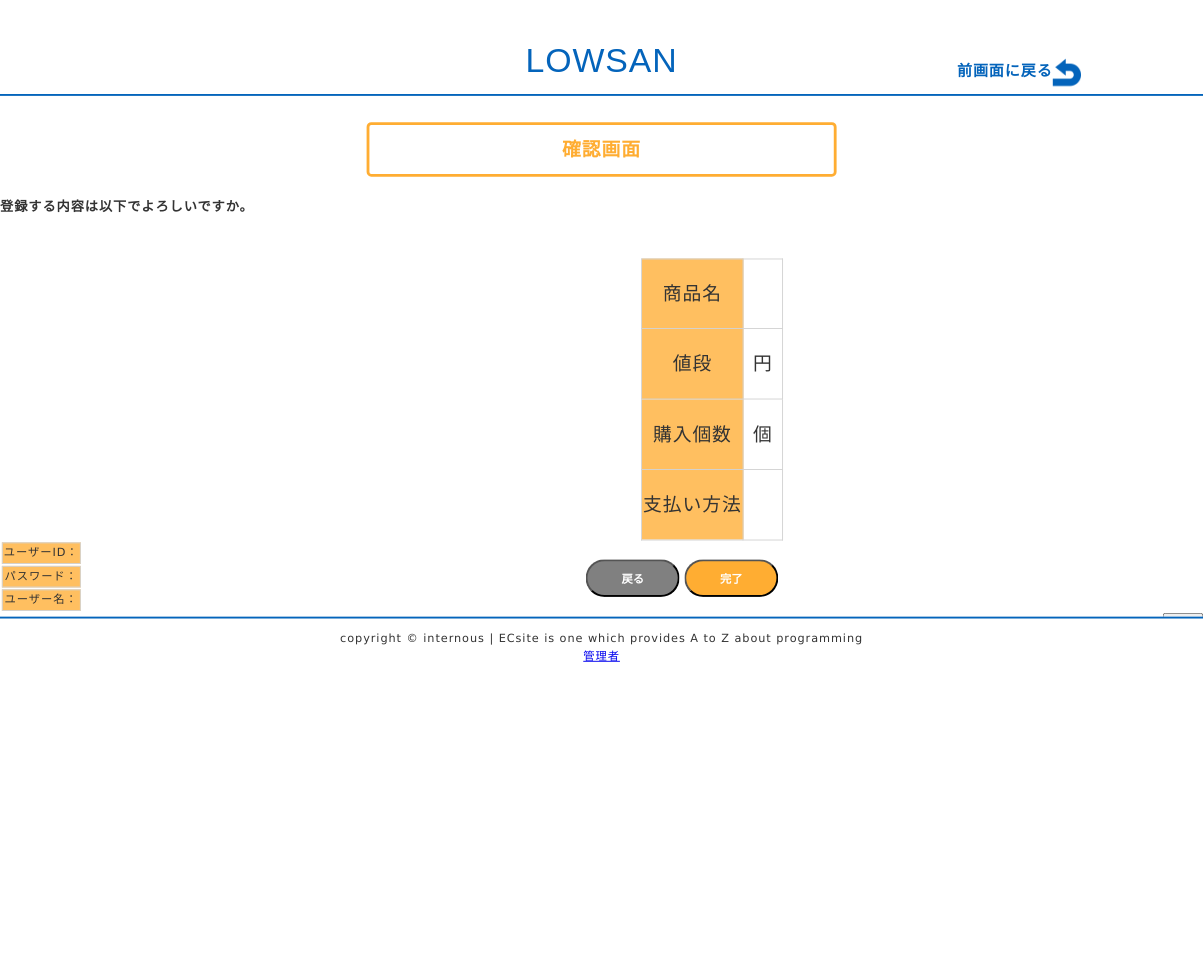
Repository: nishimura0212/myECsite
Page: http://localhost/ecsite/userCreateConfirm.jsp
An editor plug-in stored every save of this project. The page is shown before and after the next save, followed by the edit.
The browser window is 1280 px wide. The pictures show the whole page, at 94% of full size.
The page is served by Tomcat 9. Other server files are loaded and not shown.

Above is the page before, as saved 2019-01-19 09:49:50.

### ecsite/WebContent/userCreateConfirm.jsp
<%@ page language="java" contentType="text/html; charset=UTF-8"
    pageEncoding="UTF-8"%>
<%@ taglib prefix="s" uri="/struts-tags" %>
<!DOCTYPE html>
<html>
<head>
<meta http-equiv="Content-Type" content="text/html; charset=UTF-8"/>
<meta http-equiv="Content-Script-Type" content="text/javascript"/>
<meta http-equiv="imagetoolbar" content="no"/>
<meta name="description" content=""/>
<meta name="keywords" content=""/>
<title>確認画面</title>
<link rel="stylesheet" type="text/css" href="css/style.css">
</head>
<body>
	<div id="header">
		<p>LOWSAN</p>
		<div id="header-icon">
			<ul>
				<li class="icon">
					<a href="UserCreateAction">
					前画面に戻る<img src="./img/icon/back.png" width="30px" height="30px">
					</a>
				</li>
			</ul>
		</div>
	</div>
	<div id="main">
		<div id="top">
			<p>確認画面</p>
		</div>
		<div>
			<h3>登録する内容は以下でよろしいですか。</h3>
			<div class="containerB">
			<s:form cssClass="flex-container">
			<p class="left">
				<img src='<s:property value="itemImage"/>'>
			</p>
				<table class="right">
				<tr>
					<td class="td-left">商品名</td>
					<td class="td-right"><s:property value="#session.buyItem_name"/></td>
				</tr>
				<tr>
					<td class="td-left">値段</td>
					<td class="td-right"><s:property value="#session.total_price"/><span>円</span></td>
				</tr>
				<tr>
					<td class="td-left">購入個数</td>
					<td class="td-right"><s:property value="#session.count"/><span>個</span></td>
				</tr>
				<tr>
					<td class="td-left">支払い方法</td>
					<td class="td-right"><s:property value="#session.pay"/></td>
				</tr>
				</table>
				<div class="button">
					<input type="hidden" name="back" value="1"/>
					<input type="button" value="戻る" onclick="submitAction('SelectItemAction')" class="gray_btn"/>
					<input type="button" value="完了" onclick="submitAction('BuyItemConfirmAction')" class="single_btn"/>
				</div>
			</s:form>
		</div>

				<s:form action="UserCreateCompleteAction">
				<table>
					<tr>
						<td class="td-left">
						<label>ユーザーID：</label>
						</td>
						<td>
						<s:property value="loginUserId" escape="false"/>
						</td>
					</tr>
					<tr>
						<td class="td-left">
						<label>パスワード：</label>
						</td>
						<td>
						<s:property value="loginPassword" escape="false"/>
						</td>
					</tr>
					<tr>
						<td class="td-left">
						<label>ユーザー名：</label>
						</td>
						<td>
						<s:property value="userName" escape="false"/>
						</td>
					</tr>
					</table>
					<div class="button">
					<input type="hidden" name="back" value="1"/>
					<input type="button" value="戻る" onclick="submitAction('SelectItemAction')" class="gray_btn"/>
					<input type="button" value="完了" onclick="submitAction('BuyItemConfirmAction')" class="single_btn"/>
				</div>
					<tr>
						<td>
						<s:submit value="登録"/>
						</td>
					</tr>

				</s:form>

		</div>
	</div>
	<div id="footer">
		<p>copyright &copy; internous | ECsite is one which provides A to Z about programming<br/>
		<a href = '<s:url action="AdminAction"/>'>管理者</a></p>
	</div>

</body>
</html>

### ecsite/WebContent/css/style.css
@CHARSET "UTF-8";

/* bodyレイアウト */
body{
	margin: 0;
	padding: 0;
	height: 100%;
	height: auto;
	line-height: 1.6;
	letter-spacing: 1px;
	font-family: Verdana,Helvetica,sans-serif;
	font-size: 12px;
	color: #333;
	background: #fff;
}

/* headerレイアウト */
#header{
	position: fixed;
	left: 0;
	top: 0;
	z-index: 2;
	width: 100%;
	height: 100px;
	text-align: center;
	background-color: #fff;
	border-bottom: 2px solid #0464bb;
}
#header p{
	color: #0464bb;
	font-family: "メイリオ",sans-serif;
	font-size: 36px;
}
#header-icon{
	position: absolute;
	top: 50px;
	right: 100px;
}
#header-icon .icon{
	float: left;
	margin: 0 auto;
	margin-right: 30px;
	list-style-type: none;
	font-size: 16px;
	font-weight: bold;
}
#header-icon .icon img{
	clear: both;
	vertical-align: middle;
}
#header-icon .icon a{
	color: #0464bb;
	text-decoration:none;
}
.icon:hover{
	cursor: pointer;
}

/* mainレイアウト */
#main{
	position: relative;
	top: 110px;
	width: 100%;
	padding-bottom: 60px;
}

.waku{
	margin-top: 50px;
}

/* 見出しレイアウト */
#top{
	width: 500px;
	margin: 0px auto;
	margin-top: 10px;
	text-align: center;
}
#top p{
	font-size: 20px;
	font-weight: bold;
	border: 3px solid #FFAD32;
	border-radius: 5px;
	color: #FFAD32;
	background-color: #fff;
	padding: 10px 0px;
}

/* tableレイアウト */
.table{
	margin: 0 auto;
	width: 800px;
	font-size: 24px;
	padding: 40px 30px 50px 20px;
	background-color: #FFFDEB;
	color: #FFAD32;
	border-radius: 10px;
}

/* ログイン画面 */
.textarea{
	width: 100%;
	height: 30px;
	font-size: 22px;
	padding-left: 1%;
	border-radius: 15px;
}
input[type="text"]:focus {
	border: 2px solid #FFD493;
	outline: 0;
}
input[type="password"]:focus {
	border: 2px solid #FFD493;
	outline: 0;
}
.error{
	margin: 0 auto;
	width: 500px;
	text-align: center;
}
.error p{
	color: #FF5151;
	font-size: 14px;
}
.single{
	margin-top: 20px;
	text-align: center;
	padding: 20px;
}
.single_btn{
	width: 100px;
	height: 40px;
	padding: 5px;
	background-color: #FFAD32;
	font-size: 12px;
	font-weight: bold;
	color: white;
	border-color: none;
	border-radius: 20px;
}
.single_btn:hover{
	background-color: #F99500;
	cursor: pointer;
}

/* 会員画面 */
.comment{
	text-align: center;
	font-size: 14px;
}
.main-text{
	text-align: center;
	margin-top: 10px;
}
.userButton{
	margin-top: 20px;
	width: 300px;
	height: 100px;
	color: #FFFDEB;
	font-size: 24px;
	background-color: #FFAD32;
	border-radius: 20px;
}
.userButton:hover{
	cursor: pointer;
	background-color: #F99500;
}

/* カテゴリ選択画面 */
.categoryBox{
	margin: 0 auto;
	margin-top: 30px;
	width: 600px;
	text-align: center;
}
.category{
	margin: 0 auto;
	display: inline-block;
	text-align: center;
}
.categoryCircle{
	margin: 0 auto;
	float: left;
}
.circle{
	width: 200px;
	height: 200px;
	margin: 0px 20px 10px 20px;
	border-radius: 50%;
	font-size: 30px;
	border: 5px solid #FFBF60;
	background-color: #FFFDEB;
}
.circle:hover{
	background-color: #FFBF60;
	color: #FFFDEB;
	border: none;
	cursor: pointer;
}
#empty{
	clear: both;
}

/* 商品選択画面 */
.item-wrap{
	width: 700px;
	margin: 30px auto;
	height: 100%;
	padding-bottom: 60px;
}
.itemBox{
	width: 300px;
	height: 250px;
	text-align: center;
	border: 2px dotted gray;
	margin: 20px 20px 20px 20px;
	background-color: #f9fcb6;
}
.itemBox img{
	width: 250px;
	height: 250px;
}
.itemName{
	margin: 0;
	font-size: 15px;
}
.flex-container{
	display: inline-flex;
}

/* 商品購入画面 */
.containerA{
	margin: 0 auto;
	margin-top: 20px;
	margin-right: 50px;
	text-align: center;
}
.left{
	width: 300px;
	height: 300px;
}
.left img{
	width: 100%;
}
.right{
	height: 300px;
	font-size: 20px;
	margin-top: 30px;
	border-collapse: collapse;
}
.td-left{
	text-align: center;
	background-color: #FFBF60;
	border: 1px solid lightgray;
}
.td-right{
	text-align: left;
	padding: 0px 10px;
	border: 1px solid lightgray;
}
.td-submit{
	background-color: #fff;
}
.select{
	width: 50px;
	font-size: 20px;
}
.select:hover{
	cursor: pointer;
}
.block{
	width: 100px;
	display: block;
}

/* 商品購入確認画面 */
.containerB{
	margin: 0 auto;
	margin-left: 150px;
	text-align: center;
}
.button{
	position: relative;
	top: 350px;
	right: 210px;
}
.gray_btn{
	width: 100px;
	height: 40px;
	padding: 5px;
	background-color: #808080;
	font-size: 12px;
	font-weight: bold;
	color: white;
	border-color: none;
	border-radius: 20px;
}
.gray_btn:hover{
	background-color: #666666;
	cursor: pointer;
}

/* 商品購入完了画面 */
.center{
	width: 400px;
	margin: 0 auto;
	margin-top: 50px;
}
.comment p{
	height: 50px;
	line-height: 50px;
	font-size: 16px;
	border: 2px solid gray;
	border-radius: 5px;
}

/* 商品購入履歴画面 */
.history-table{
	margin:0 auto;
	font-size: 16px;
	border-collapse: collapse;
	border: 1px solid lightgray;
	text-align: center;
}
.history-table th{
	border: 1px solid lightgray;
}
.history-table td,.td-img{
	border: 1px solid lightgray;
}
.history-table tr:first-child{
	background-color: #FFBF60;
}
.td-img img{
	width: 100px;
	height: 100px;
}

/* 商品購入画面 */
.pay-method{
	text-align: center;
	font-size: 14px;
}
.pay-method h4{
	margin: 0 auto;
	margin-top: 20px;
	width: 300px;
	border: 2px solid #FFAD32;
	border-radius: 5px;
}





.buy-item-button{
	margin: 20px;
	width: 100px;
	height: 50px;
	background-color: #eee;
	border-radius: 20%;
}
.buy-item-button:hover{
	cursor: pointer;
	background-color: #f9fcb6;
}
.pointer:hover{
	cursor: pointer;
}
.button1{
	margin: 0 20px auto;
	float: left;
}
.submit{
	width: 300px;
	height: 400px;
	border-radius: 10%;
	background-color: #f8f8f8;
	font-size: 30px;
}
.submit:hover{
	box-shadow: none;
	background-color: #ffff80;
	cursor: pointer;
}
#text-link{
	display: inline-block;
	text-align: right;
}
#text-right{
	display: inline-block;
	text-align: right;
}
.text-right{
	display: inline-block;
	margin-left: 4%;
}
#wrap{
	margin: 0 40% auto;
}
#left{
	float: left;
	width: 50%;
}
#right{
	float: left;
	width: 50%;
}
.text-center{
	display: inline-block;
	text-align: center;
}
#text{
	clear: left;
	padding-top: 20px;
	width: 780px;
	margin: 30px auto;
}
.text{
	text-align: center;
}
#list{
	border: 2px dotted gray;
	width: 500px;
	height: 100px;
	background-color: lightyellow;
	margin: 30px auto;
}
#list ul li{
	display: inline-block;
	list-style-type: none;
	margin-right: 2em;
}
#button{
	display: inline-block;
	text-align: center;
}
#empty{
	clear: both;
}
.button{
	margin: 0 auto;
	float: left;
	margin-right: 10px;
}
.button:hover{
	cursor: pointer;
}
.category_button{
	margin: 0 auto;
	float: left;
}
.item{
	width: 200px;
	height: 200px;
	margin: 0px 20px 10px 20px;
	border-radius: 50%;
	font-size: 30px;
}





/* footerレイアウト */
#footer{
	clear: both;
	position: fixed;
	left: 0;
	bottom: 0;
	z-index: 2;
	width: 100%;
	background-color: #fff;
	border-top: 2px solid #0464bb;
}
#footer p{
	text-align: center;
}

After the next save:
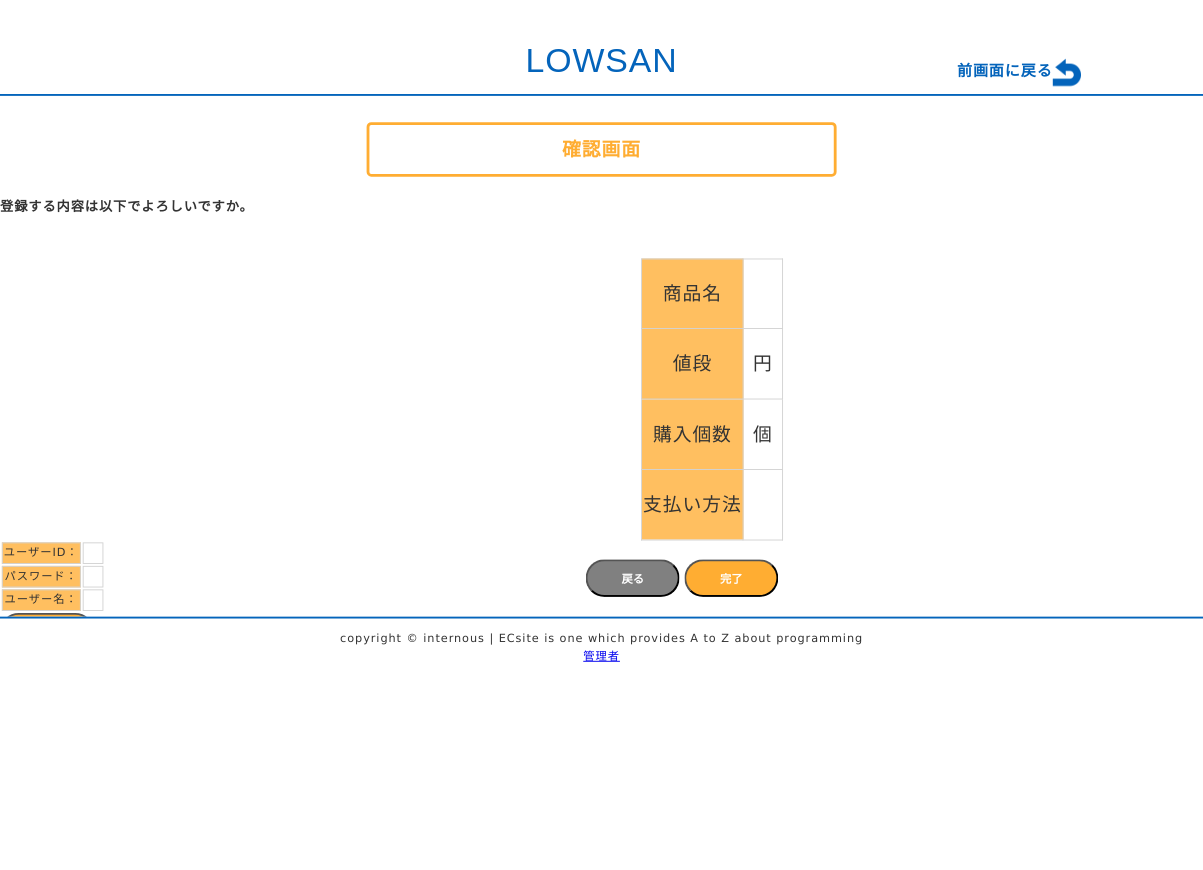
Saved 90 s later.
--- a/ecsite/WebContent/userCreateConfirm.jsp
+++ b/ecsite/WebContent/userCreateConfirm.jsp
@@ -68,7 +68,7 @@
 						<td class="td-left">
 						<label>ユーザーID：</label>
 						</td>
-						<td>
+						<td class="td-right">
 						<s:property value="loginUserId" escape="false"/>
 						</td>
 					</tr>
@@ -76,7 +76,7 @@
 						<td class="td-left">
 						<label>パスワード：</label>
 						</td>
-						<td>
+						<td class="td-right">
 						<s:property value="loginPassword" escape="false"/>
 						</td>
 					</tr>
@@ -84,24 +84,15 @@
 						<td class="td-left">
 						<label>ユーザー名：</label>
 						</td>
-						<td>
+						<td class="td-right">
 						<s:property value="userName" escape="false"/>
 						</td>
 					</tr>
 					</table>
-					<div class="button">
-					<input type="hidden" name="back" value="1"/>
-					<input type="button" value="戻る" onclick="submitAction('SelectItemAction')" class="gray_btn"/>
-					<input type="button" value="完了" onclick="submitAction('BuyItemConfirmAction')" class="single_btn"/>
+					<div>
+					<input type="button" value="登録" class="single_btn"/>
 				</div>
-					<tr>
-						<td>
-						<s:submit value="登録"/>
-						</td>
-					</tr>
-
 				</s:form>
-
 		</div>
 	</div>
 	<div id="footer">
